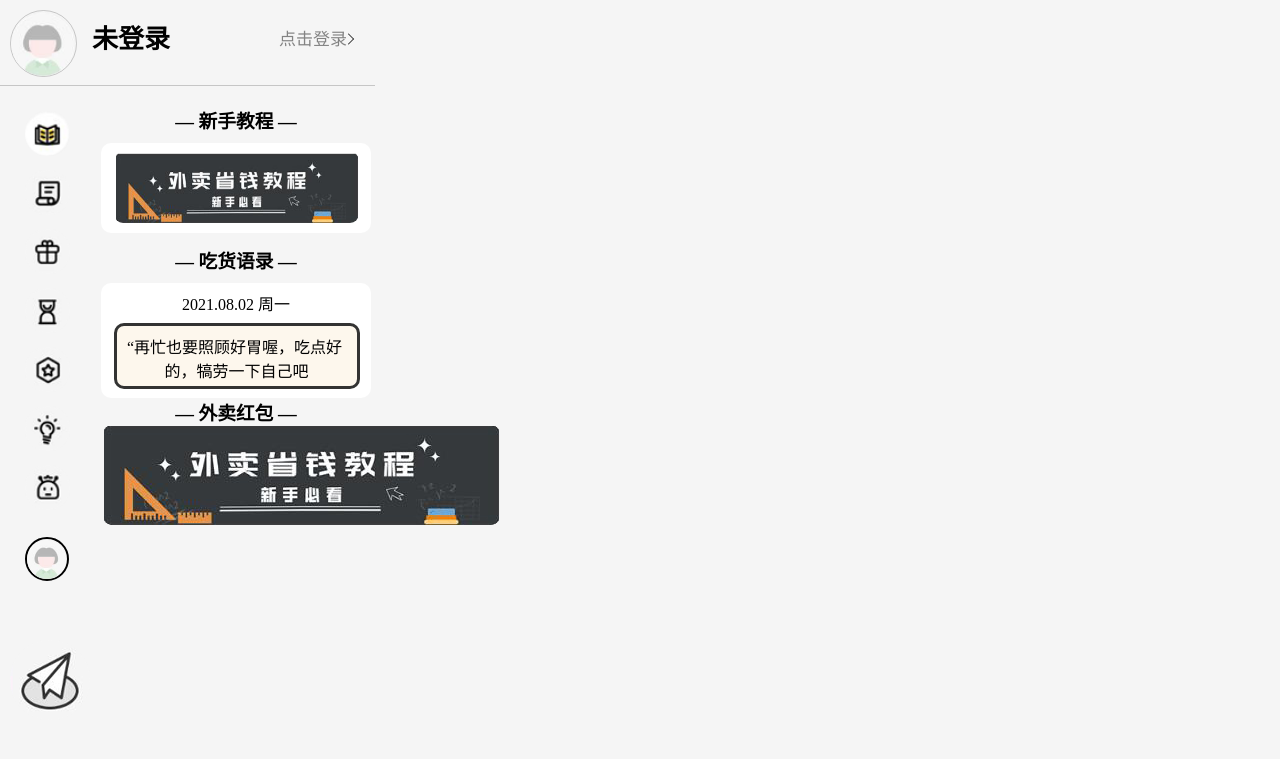
Repository: Privatexiao/projects
Page: Takeout assistant/index.html
The author's editor kept a copy of each file at every save. The page is drawn from the files as they stood at one save, then again after the next save.
The browser window is 1280 px wide. The pictures show the whole page.

Above is the page before, as saved 2021-08-02 17:25:36.

After the next save:
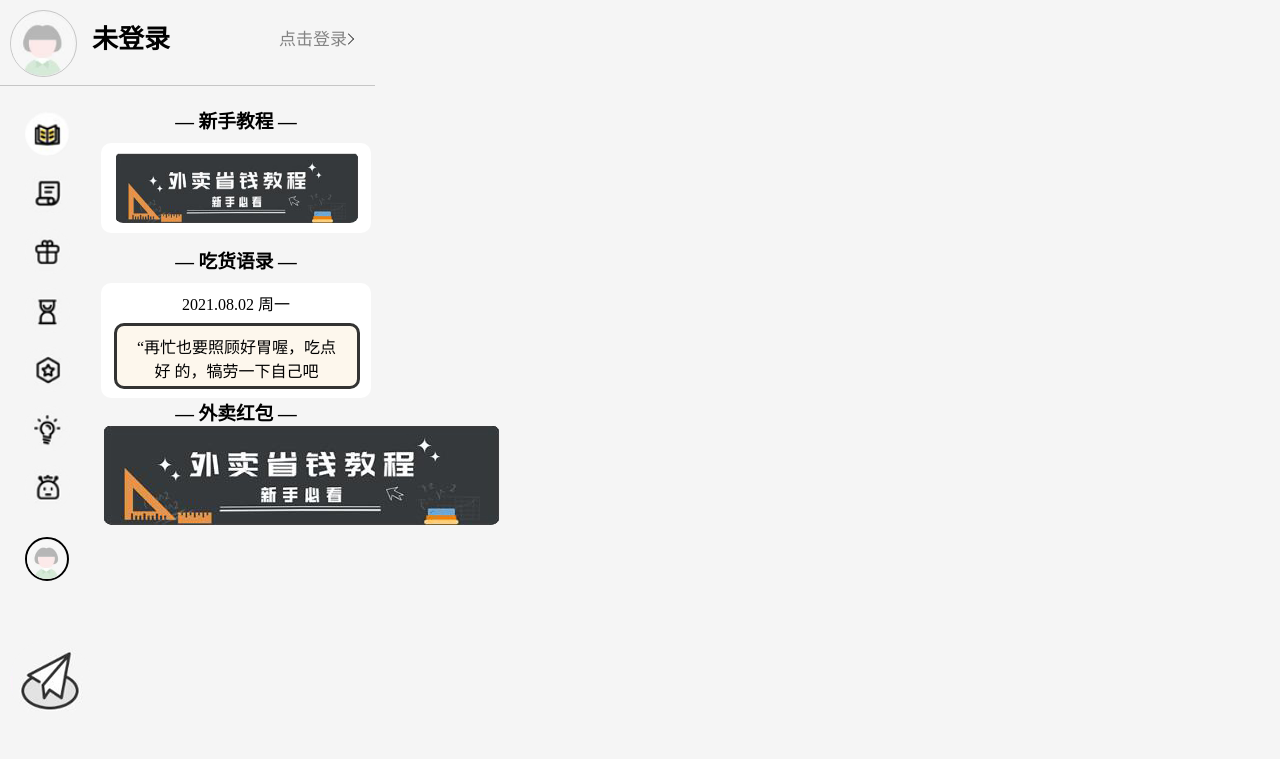
Saved 4 s later.
--- a/Takeout assistant/index.html
+++ b/Takeout assistant/index.html
@@ -66,7 +66,7 @@
             <div class="chyl_bj">
                 <p>2021.08.02&nbsp;周一</p>
                 <div class="chyl_nr">
-                    <p>“再忙也要照顾好胃喔，吃点好&nbsp; 的，犒劳一下自己吧</p>
+                    <p>“再忙也要照顾好胃喔，吃点好&nbsp;的，犒劳一下自己吧</p>
                 </div>
         </a></div>
 
